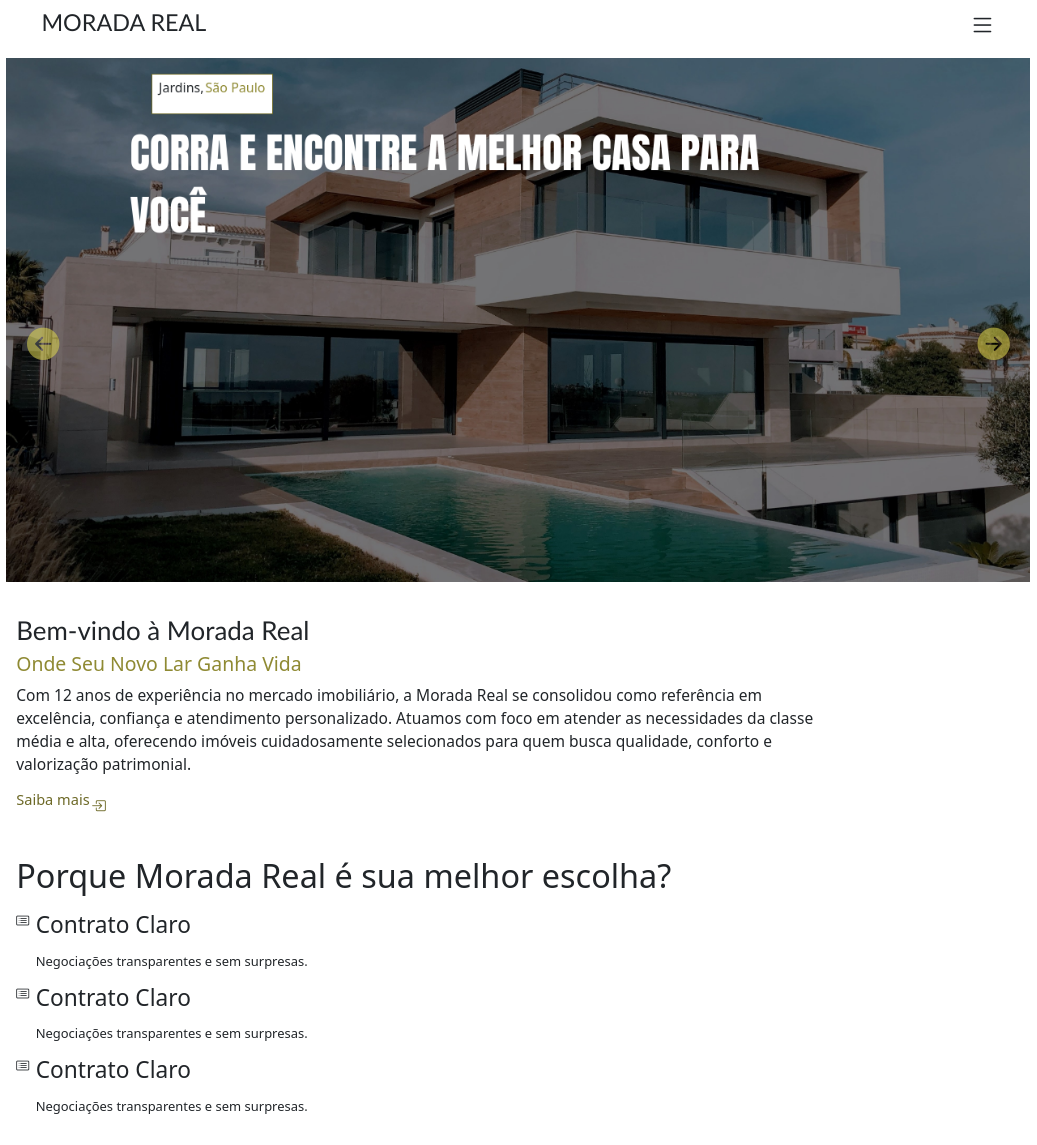
Repository: Mattyns/moradareal
Page: index.html
The author's editor kept a copy of each file at every save. The page is drawn from the files as they stood at one save, then again after a run of saves.
The browser window is 1280 px wide. The pictures show the whole page, at 81% of full size.

Above is the page before, as saved 2025-07-13 17:13:20.

### index.html
<!DOCTYPE html>
<html lang="pt-br">
    <head>
        <meta charset="UTF-8" />
        <meta name="viewport" content="width=device-width, initial-scale=1.0" />
        <title>Morada Real</title>
        <link
            rel="stylesheet"
            href="https://cdnjs.cloudflare.com/ajax/libs/animate.css/4.1.1/animate.min.css"
        />
        <link
            href="https://cdn.jsdelivr.net/npm/bootstrap@5/dist/css/bootstrap.min.css"
            rel="stylesheet"
            integrity="sha384-QWTKZyjpPEjISv5WaRU9OFeRpok6YctnYmDr5pNlyT2bRjXh0JMhjY6hW+ALEwIH"
            crossorigin="anonymous"
        />
        <link
            rel="stylesheet"
            href="https://cdn.jsdelivr.net/npm/bootstrap-icons@1.11.3/font/bootstrap-icons.min.css"
        />
        <link rel="stylesheet" href="style/style.css" />
    </head>
    <body>
        <header class="header__container">

            <h1 class="logo__text">MORADA REAL</h1> <i class="bi-list menu__list"></i>
        </header>

        <main>
            <section class="contrast">

                <div class="contrast__container">
                    <div class="local local__sp">
                        <div class="local__text">
                            <p>Jardins,</p> <p class="local__text--contrast"> São Paulo</p>
                        </div>
                        <p class="text__message">CORRA E ENCONTRE A MELHOR CASA PARA VOCÊ.</p>
                    </div>
                    <div class="local local__rs">
                        <div class="local__text">
                            <p>Bela Vista,</p> <p class="local__text--contrast"> Rio Grande do Sul</p>
                        </div>
                        <p class="text__message">O LAR DOS SEUS SONHOS PODE ESTAR A UM CLIQUE DE DISTÂNCIA.</p>
                    </div>
                    <div class="local local__rj">
                        <div class="local__text">
                            <p>Leblon,</p> <p class="local__text--contrast"> Rio de Janeiro</p>
                        </div>
                        <p class="text__message">NÃO PERCA TEMPO! SUA NOVA HISTÓRIA COMEÇA AQUI.</p>
                    </div>

                </div>

                <i class="bi-arrow-left-circle-fill img__button" id="img__button--left"></i>
                <i class="bi-arrow-right-circle-fill img__button" id="img__button--right"></i>

            </section>
            <section class="present">
                <h1 class="present__title">Bem-vindo à Morada Real</h1>
                <h2 class="present__subtitle">Onde Seu Novo Lar Ganha Vida</h2>
                <p class="present__text">Com 12 anos de experiência no mercado imobiliário, a Morada Real se consolidou como referência em excelência, confiança e atendimento personalizado. Atuamos com foco em atender as necessidades da classe média e alta, oferecendo imóveis cuidadosamente selecionados para quem busca qualidade, conforto e valorização patrimonial.</p>
                <a href="#" class="button__link present__more"><p>Saiba mais</p> <i class="bi-box-arrow-in-right"></i></a>

            </section>

            <section class="services">
                <h1 class="services__title">
                    <h1>Porque Morada Real é sua melhor escolha?</h1>
                    <div class="service__container">
                        <div class="service__card service__contract">
                            <i class="service__icon bi-card-list"></i>
                            <h3 class="service__title">Contrato Claro</h3>
                            <p class="service__text">Negociações transparentes e sem surpresas.</p>
                        </div>

                        <div class="service__card service__contract">
                            <i class="service__icon bi-card-list"></i>
                            <h3 class="service__title">Contrato Claro</h3>
                            <p class="service__text">Negociações transparentes e sem surpresas.</p>
                        </div>

                        <div class="service__card service__contract">
                            <i class="service__icon bi-card-list"></i>
                            <h3 class="service__title">Contrato Claro</h3>
                            <p class="service__text">Negociações transparentes e sem surpresas.</p>
                        </div>



                    </div>
                </h1>
            </section>


        </main>

        <script src="script/carousel.js"></script>
    </body>
</html>

### style/style.css
@charset "UTF-8";

:root {
    --preto:black;
    --branco:white;
    --cor1:#D3CC4C;
    --cor2:#B1AB40;
    --cor3:#DCD650;
    --cor4:#8F8A33;
    --cor5:#6D6927;
    --cor6:#4B481B;
    --cor7:#f0eca5;
    --cor8:white;

}

* {
    margin: 0px;
    padding: 0px;
    box-sizing: border-box;
}

.header__container {
    display: flex;
    height: 20%;
    width: 100%;
    background-color: var(--branco);
    align-items: center;
    padding-top: 10px;
    padding-bottom: 10px;
}

.logo__text {
    margin-left: 4%;
    font-size: 180%;
    font-family: 'Trebuchet MS', 'Lucida Sans Unicode', 'Lucida Grande', 'Lucida Sans', Arial, sans-serif;
}

.menu__list {
    font-size: 2em;
    position: absolute;
    right: 4%;
}

.contrast {
    height: 90vh;
    margin: 8px;

    overflow: hidden;
    max-width: 100%;
    position: relative;


}

.contrast__container {

    display: flex;
  transition: transform 0.3s ease;
  will-change: transform;
  touch-action: pan-y;
}

.local {
    height: 90vh;
    background-size: cover;
    background-position: right;
     flex: 0 0 100%;
    box-sizing: border-box;
    padding: 20px; /* opcional */
}

.local__sp {
    background-image: url(../img/webaliser.jpg);

}

.local__rs {
    background-image: url(../img/brian.jpg);

}

.local__rj {
    background-image: url(../img/zoe.jpg);

}

.local__text {
    display: flex;
    background-color: var(--branco);
    width: fit-content;
    padding: 4px 0px;
    padding-left: 8px;
    padding-right: 8px;
    top: 20%;
    margin-left:13%;
    border: 1px solid var(--cor5);

}

.local__text--contrast {
    color: var(--cor4);
    margin-left: 2px;
}

.text__message {
    top: 26%;
    width: 68%;
    margin-left: 10%;
    font-size:320%;
    font-family:Impact, Haettenschweiler, 'Arial Narrow Bold', sans-serif;
    color:var(--cor8) ;
    padding: 10px;
    border-radius: 10px;
}

.img__button {
    font-size: 2.5em;
    position:absolute;
    color: #dcd55090;
    transition: color 0.8s ease;

}

.img__button:hover {
    color: #DCD650;
    transition: color 0.8s ease;
}

.img__button.disabled {
  color: #ccc;  /* cinza claro */
  cursor: not-allowed;
  opacity: 0.6;
}

#img__button--left {
    left: 2%;
    top: 50%;
}

#img__button--right {
    right: 2%;
    top: 50%;
}


.present {
    margin: 0px 20px;
    margin-top: 40px;
}

.present__title {
    text-align: left;
    font-family: 'Trebuchet MS', 'Lucida Sans Unicode', 'Lucida Grande', 'Lucida Sans', Arial, sans-serif;
    font-size: 2em;

}

.present__subtitle {
    font-size: 1.5em;
    color: var(--cor4);

}

.present__text {
    width: 80%;
    font-size: 1.2em;
    margin-top: 10px;
    margin-bottom: 15px;
}

.button__link {
    text-decoration: none;
    color: white;
    font-size: 18px;

}

.present__more {
    color: var(--cor5);
    display: flex;
    align-items: center;

}

.present__more > p {
    margin-right: 2px;
}

.services {
    margin: 20px;
    margin-top: 40px;
}

.service__container {
    margin-top: 20px;
}

.service__card {
  display: grid;
  grid-template-columns: auto 1fr; /* coluna 1 para o ícone, coluna 2 para o conteúdo */
  grid-template-rows: auto auto;   /* duas linhas */
  gap: 8px; /* opcional: espaço entre elementos */
  align-items: start;
}

.service__icon {
  grid-row: 1 / 3;   /* ocupa da linha 1 até antes da 3 (ou seja, 2 linhas) */
  grid-column: 1;    /* fica na coluna 1 */


}

.service__title {
  grid-row: 1;       /* linha 1 */
  grid-column: 2;    /* coluna 2 */
}

.service__text {
  grid-row: 2;       /* linha 2 */
  grid-column: 2;    /* coluna 2 */
}

### script/carousel.js
const container = document.querySelector('.contrast__container');
const slides = document.querySelectorAll('.local');

let isDragging = false;
let startPos = 0;
let currentTranslate = 0;
let prevTranslate = 0;
let animationID;
let currentIndex = 0;

slides.forEach((slide, index) => {
  slide.addEventListener('touchstart', touchStart(index));
  slide.addEventListener('touchend', touchEnd);
  slide.addEventListener('touchmove', touchMove);

  slide.addEventListener('mousedown', touchStart(index));
  slide.addEventListener('mouseup', touchEnd);
  slide.addEventListener('mouseleave', touchEnd);
  slide.addEventListener('mousemove', touchMove);
});

function touchStart(index) {
  return function (event) {
    currentIndex = index;
    startPos = getPositionX(event);
    isDragging = true;

    animationID = requestAnimationFrame(animation);
  };
}

function touchMove(event) {
  if (!isDragging) return;
  const currentPosition = getPositionX(event);
  currentTranslate = prevTranslate + currentPosition - startPos;
}

function touchEnd() {
  cancelAnimationFrame(animationID);
  isDragging = false;

  const movedBy = currentTranslate - prevTranslate;

  if (movedBy < -100 && currentIndex < slides.length - 1) currentIndex++;
  if (movedBy > 100 && currentIndex > 0) currentIndex--;

  setPositionByIndex();
}

function getPositionX(event) {
  return event.type.includes('mouse') ? event.pageX : event.touches[0].clientX;
}

function animation() {
  setSliderPosition();
  if (isDragging) requestAnimationFrame(animation);
}

function setSliderPosition() {
  container.style.transform = `translateX(${currentTranslate}px)`;
}

function setPositionByIndex() {
  currentTranslate = currentIndex * -container.offsetWidth;
  prevTranslate = currentTranslate;
  setSliderPosition();
  updateButtons();
}


const imgLeft = document.getElementById('img__button--left');
const imgRight = document.getElementById('img__button--right');

imgLeft.addEventListener('click', imgSlideLeft);
imgRight.addEventListener('click', imgSlideRight);


function imgSlideLeft() {
  if (currentIndex > 0) {
    currentIndex--;
    setPositionByIndex();
  }
}

function imgSlideRight() {
  if (currentIndex < slides.length - 1) {
    currentIndex++;
    setPositionByIndex();
  }
}

// Função para ativar/desativar os botões conforme o slide atual
function updateButtons() {
  if (currentIndex === 0) {
    imgLeft.classList.add('disabled');
  } else {
    imgLeft.classList.remove('disabled');
  }

  if (currentIndex === slides.length - 1) {
    imgRight.classList.add('disabled');
  } else {
    imgRight.classList.remove('disabled');
  }
}

After the next 2 saves:
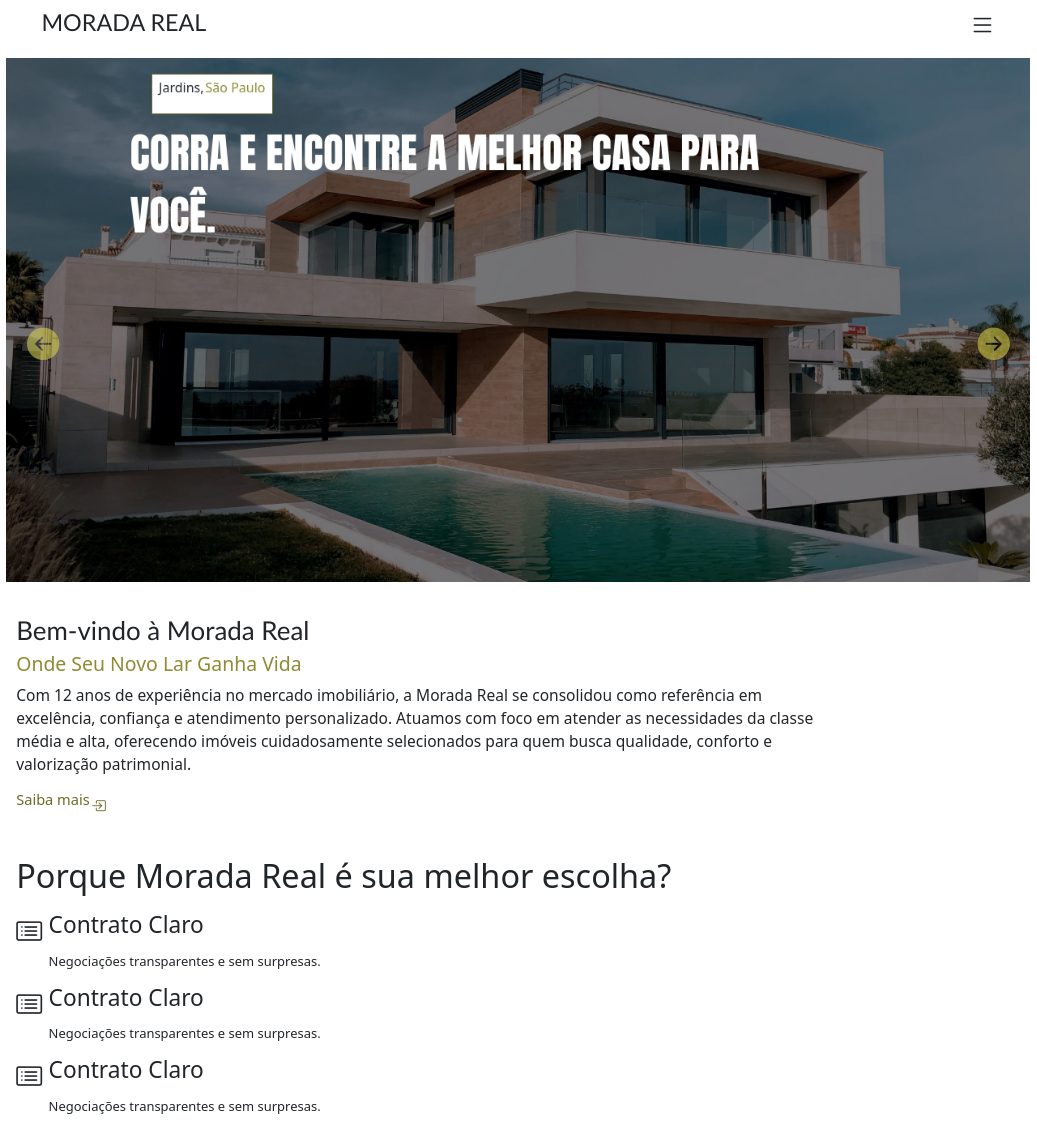
The 2 saves are shown as one change because they came seconds apart.
The last was saved 84 s later.
--- a/style/style.css
+++ b/style/style.css
@@ -208,7 +208,7 @@
   grid-row: 1 / 3;   /* ocupa da linha 1 até antes da 3 (ou seja, 2 linhas) */
   grid-column: 1;    /* fica na coluna 1 */
 
-
+  font-size: 2em;
 }
 
 .service__title {
